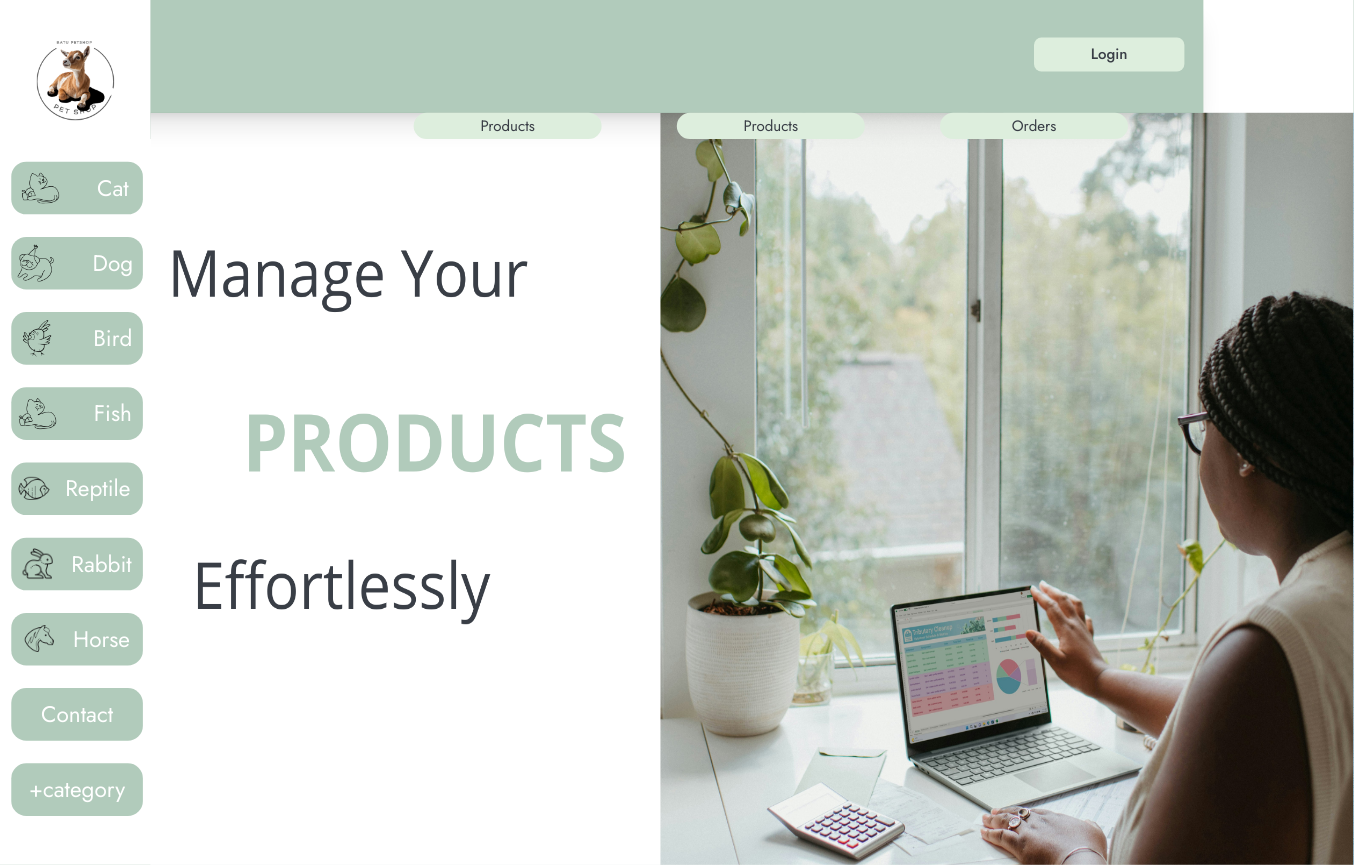
Repository: batu-call/batu-petshop
Page: /main (app in petshopp-appAdmin/admin/)
These files come from the project's save history. The page is drawn as it stood at one moment and after the next save; the edit follows.
The browser window is 1280 px wide. The page is 1440 px wide, so the pictures cover 1440 px, including what lies to the right of the window. The pictures show the whole page, at 94% of full size.
The project was rebuilt for these pictures with package versions that can differ from the ones it lists, and the page was loaded fresh each time. The framework's server and built-in components were replaced by stand-ins that run in the browser. Also part of the build but not shown: petshopp-appAdmin/admin/next.config.ts.

Above is the page before, as saved 2025-09-21 01:47:12.

### petshopp-appAdmin/admin/src/app/layout.tsx
import type { Metadata } from "next";
import { Jost } from 'next/font/google';
import "./globals.css";

const jost = Jost({
  subsets: ['latin'],
  weight: ['400', '500', '700'],
});


export const metadata: Metadata = {
  title: "Batu Petshop AdminPanel",
  description: "Generated by create next app",
   icons: {
    icon: '/favicon.ico',
  },
};

export default function RootLayout({
  children,
}: Readonly<{
  children: React.ReactNode;
}>) {
  return (
    <html lang="en">
      <body
        className={`antialiased ${jost.className}`}
      >
        {children}
      </body>
    </html>
  );
}

### petshopp-appAdmin/admin/src/app/main/layout.tsx
import Main from "./controller/Main"

export default function MainLayout({ children }: { children: React.ReactNode }) {
  return <Main>{children}</Main>
}

### petshopp-appAdmin/admin/src/app/main/page.tsx
import React from 'react'
import Main from './controller/Main'


const page = () => {
  return (
    <div>
        <Main />
    </div>
  )
}

export default page

### petshopp-appAdmin/admin/src/app/globals.css
@import "tailwindcss";
@import "tw-animate-css";

@custom-variant dark (&:is(.dark *));

@layer utilities {
  .bg-primary {
    background-color: #B1CBBB;
  }
  .bg-secondary {
    background-color: #DDEEDD;
  }
  .bg-secondary_20 {
    background-color: rgba(221, 238, 221, 0.2);
  }
  .text-jost {
    font-family: 'Jost',sans-serif;
  }
  .text-color {
    color: #393E46;
  }
  .text-color2 {
    color: #B1CBBB;
  }
}

body {
  font-family: 'Jost', Arial, Helvetica, sans-serif
}

@theme inline {
  --radius-sm: calc(var(--radius) - 4px);
  --radius-md: calc(var(--radius) - 2px);
  --radius-lg: var(--radius);
  --radius-xl: calc(var(--radius) + 4px);
  --color-background: var(--background);
  --color-foreground: var(--foreground);
  --color-card: var(--card);
  --color-card-foreground: var(--card-foreground);
  --color-popover: var(--popover);
  --color-popover-foreground: var(--popover-foreground);
  --color-primary: var(--primary);
  --color-primary-foreground: var(--primary-foreground);
  --color-secondary: var(--secondary);
  --color-secondary-foreground: var(--secondary-foreground);
  --color-muted: var(--muted);
  --color-muted-foreground: var(--muted-foreground);
  --color-accent: var(--accent);
  --color-accent-foreground: var(--accent-foreground);
  --color-destructive: var(--destructive);
  --color-border: var(--border);
  --color-input: var(--input);
  --color-ring: var(--ring);
  --color-chart-1: var(--chart-1);
  --color-chart-2: var(--chart-2);
  --color-chart-3: var(--chart-3);
  --color-chart-4: var(--chart-4);
  --color-chart-5: var(--chart-5);
  --color-sidebar: var(--sidebar);
  --color-sidebar-foreground: var(--sidebar-foreground);
  --color-sidebar-primary: var(--sidebar-primary);
  --color-sidebar-primary-foreground: var(--sidebar-primary-foreground);
  --color-sidebar-accent: var(--sidebar-accent);
  --color-sidebar-accent-foreground: var(--sidebar-accent-foreground);
  --color-sidebar-border: var(--sidebar-border);
  --color-sidebar-ring: var(--sidebar-ring);
}

:root {
  --radius: 0.625rem;
  --background: oklch(1 0 0);
  --foreground: oklch(0.145 0 0);
  --card: oklch(1 0 0);
  --card-foreground: oklch(0.145 0 0);
  --popover: oklch(1 0 0);
  --popover-foreground: oklch(0.145 0 0);
  --primary: oklch(0.205 0 0);
  --primary-foreground: oklch(0.985 0 0);
  --secondary: oklch(0.97 0 0);
  --secondary-foreground: oklch(0.205 0 0);
  --muted: oklch(0.97 0 0);
  --muted-foreground: oklch(0.556 0 0);
  --accent: oklch(0.97 0 0);
  --accent-foreground: oklch(0.205 0 0);
  --destructive: oklch(0.577 0.245 27.325);
  --border: oklch(0.922 0 0);
  --input: oklch(0.922 0 0);
  --ring: oklch(0.708 0 0);
  --chart-1: oklch(0.646 0.222 41.116);
  --chart-2: oklch(0.6 0.118 184.704);
  --chart-3: oklch(0.398 0.07 227.392);
  --chart-4: oklch(0.828 0.189 84.429);
  --chart-5: oklch(0.769 0.188 70.08);
  --sidebar: oklch(0.985 0 0);
  --sidebar-foreground: oklch(0.145 0 0);
  --sidebar-primary: oklch(0.205 0 0);
  --sidebar-primary-foreground: oklch(0.985 0 0);
  --sidebar-accent: oklch(0.97 0 0);
  --sidebar-accent-foreground: oklch(0.205 0 0);
  --sidebar-border: oklch(0.922 0 0);
  --sidebar-ring: oklch(0.708 0 0);
}

.dark {
  --background: oklch(0.145 0 0);
  --foreground: oklch(0.985 0 0);
  --card: oklch(0.205 0 0);
  --card-foreground: oklch(0.985 0 0);
  --popover: oklch(0.205 0 0);
  --popover-foreground: oklch(0.985 0 0);
  --primary: oklch(0.922 0 0);
  --primary-foreground: oklch(0.205 0 0);
  --secondary: oklch(0.269 0 0);
  --secondary-foreground: oklch(0.985 0 0);
  --muted: oklch(0.269 0 0);
  --muted-foreground: oklch(0.708 0 0);
  --accent: oklch(0.269 0 0);
  --accent-foreground: oklch(0.985 0 0);
  --destructive: oklch(0.704 0.191 22.216);
  --border: oklch(1 0 0 / 10%);
  --input: oklch(1 0 0 / 15%);
  --ring: oklch(0.556 0 0);
  --chart-1: oklch(0.488 0.243 264.376);
  --chart-2: oklch(0.696 0.17 162.48);
  --chart-3: oklch(0.769 0.188 70.08);
  --chart-4: oklch(0.627 0.265 303.9);
  --chart-5: oklch(0.645 0.246 16.439);
  --sidebar: oklch(0.205 0 0);
  --sidebar-foreground: oklch(0.985 0 0);
  --sidebar-primary: oklch(0.488 0.243 264.376);
  --sidebar-primary-foreground: oklch(0.985 0 0);
  --sidebar-accent: oklch(0.269 0 0);
  --sidebar-accent-foreground: oklch(0.985 0 0);
  --sidebar-border: oklch(1 0 0 / 10%);
  --sidebar-ring: oklch(0.556 0 0);
}

@layer base {
  * {
    @apply border-border outline-ring/50;
  }
  body {
    @apply bg-background text-foreground;
  }
}

### petshopp-appAdmin/admin/src/app/main/controller/Main.tsx
import React from 'react'
import Navbar from '../../Navbar/page'
import Sidebar from '../../Sidebar/page'
import Image from 'next/image'

//1743
const Main = () => {
  return (
    <div className='w-full h-screen bg-primary'>
      {/* Navbar */}
      <Navbar />
      {/* Catgeory */}
      <Sidebar />
      <Image src={"/admin-banner3.png"} alt='admin-banner' width={1743} height={700} className='ml-40 h-200'/>
    </div>
  )
}

export default Main

### petshopp-appAdmin/admin/src/app/Navbar/page.tsx
"use client"
import React, { useState } from 'react'
import Link from 'next/link'
import Image from 'next/image'
import { Button } from "@/components/ui/button"





const Page = () => {

  const [open, setOpen] = useState(false)

  return (
    <div>
      <div className='w-full h-30 bg-primary shadow-xl relative'>
        {/* Image */}
        <Link href={"/main"}>
      <div className='fixed'>
        <Image  src={"/logo.png"} alt='main-icon' width={500} height={500} className='flex justify-center items-center w-40 h-40'/>
      </div>
      </Link>
      {/* Image */}

      {/* Button */}
      <div className='absolute top-10 right-45'>
        <Button className='absolute cursor-pointer bg-secondary text-color w-40 text-base hover:bg-secondary'>Login</Button>
      </div>

      </div>
      <div className='flex gap-20 items-center justify-center absolute right-20'>
      {/* Buton + dropdown*/}
     <div
      className="relative inline-block"
      onMouseEnter={() => setOpen(true)}
      onMouseLeave={() => setOpen(false)}
    >
      {/* Buton */}
      <div className="w-50 h-7 rounded-xl bg-secondary flex items-center justify-center cursor-pointer">
        <h3 className="text-color text-jost">Products</h3>
      </div>

      {/* Dropdown */}
      {open && (
        <div className="absolute left-0 mt-1 w-50 bg-white shadow-lg rounded-xl z-10">
          <ul className="flex flex-col">
            <Link href="/AddProduct">
              <li>
                <a className="block px-4 py-2 hover:bg-gray-200 border-b-2 border-secondary">
                  Add Product
                </a>
              </li>
            </Link>
              <li>
                <a className="block px-4 py-2 hover:bg-gray-200 border-b-2 border-secondary">
                  All Products
                </a>
              </li>
              <li>
                <a className="block px-4 py-2 hover:bg-gray-200">Product Stats</a>
              </li>
          </ul>
        </div>
      )}
    </div>

           <div className="relative inline-block">
      {/* Buton + dropdown*/}
      <div className="group relative">
        <div className="w-50 h-7 rounded-xl bg-secondary flex items-center justify-center cursor-pointer">
          <h3 className="text-color text-jost">Products</h3>
        </div>

        {/* Dropdown */}
        <div className="absolute left-0 hidden group-hover:block mt-1 w-50 bg-white shadow-lg rounded-xl z-10">
          <ul className="flex flex-col">
            <Link href={"/AddProduct"}>
            <li>
                <a className="block px-4 py-2 hover:bg-gray-200 border-secondary border-b-2">Add Product</a>
            </li>
            </Link>
            <li>

                <a className="block px-4 py-2 hover:bg-gray-200 border-secondary border-b-2">All Products</a>

            </li>
            <li>

                <a className="block px-4 py-2 hover:bg-gray-200">Product Stats</a>

            </li>
          </ul>
        </div>
      </div>
    </div>

           <div className="relative inline-block">
      {/* Buton + dropdown*/}
      <div className="group relative">
        <div className="w-50 h-7 rounded-xl bg-secondary flex items-center justify-center cursor-pointer">
          <h3 className="text-color text-jost">Orders</h3>
        </div>

        {/* Dropdown */}
        <div className="absolute left-0 hidden group-hover:block mt-1 w-50 bg-white shadow-lg rounded-xl z-10">
          <ul className="flex flex-col">
            <li>
                <a className="block px-4 py-2 hover:bg-gray-200 border-secondary border-b-2">All Orders</a>

            </li>
            <li>

                <a className="block px-4 py-2 hover:bg-gray-200 border-secondary border-b-2">Processing Orders</a>

            </li>
            <li>

                <a className="block px-4 py-2 hover:bg-gray-200">Completed Orders</a>

            </li>
             <li>

                <a className="block px-4 py-2 hover:bg-gray-200">Order Stats</a>

            </li>
          </ul>
        </div>
      </div>
    </div>
      </div>
    </div>
  )
}

export default Page

### petshopp-appAdmin/admin/src/app/Sidebar/page.tsx
import React from 'react'
import Link from 'next/link'
import Image from 'next/image'

const page = () => {
  return (
    <div>
        <div className='w-40 h-screen bg-white fixed mt-7'>
        {/* Cat */}
        <Link href={"/Cat"}>
      <div className='bg-primary inline-block p-2 items-center mt-6 ml-3 rounded-2xl w-35'>
        <div className='flex gap-9 items-center justify-center'>
       <Image src="/cat_7721779.png" alt='cat-image'
       height={40}
       width={40}
       />
       <h2 className='text-2xl text-jost text-white p-1'>Cat</h2>
      </div>
      </div>
      </Link>
      {/* Dog */}
         <Link href={"/Dog"}>
       <div className='bg-primary inline-block p-2 items-center mt-6 ml-3 rounded-2xl w-35'>
        <div className='flex gap-9 items-center justify-center'>
       <Image src="/dog.png" alt='cat-image'
       height={40}
       width={40}
       />
       <h2 className='text-2xl text-jost text-white p-1'>Dog</h2>
      </div>
      </div>
      </Link>
      {/* BİRD */}
         <Link href={"/Bird"}>
       <div className='bg-primary inline-block p-2 items-center mt-6 ml-3 rounded-2xl w-35'>
        <div className='flex gap-9 items-center justify-center'>
       <Image src="/bird.png" alt='cat-image'
       height={40}
       width={40}
       />
       <h2 className='text-2xl text-jost text-white p-1'>Bird</h2>
      </div>
      </div>
      </Link>
      {/* FİSH */}
         <Link href={"/Fish"}>
       <div className='bg-primary inline-block p-2 items-center mt-6 ml-3 rounded-2xl w-35'>
        <div className='flex gap-9 items-center justify-center'>
       <Image src="/cat_7721779.png" alt='cat-image'
       height={40}
       width={40}
       />
       <h2 className='text-2xl text-jost text-white p-1'>Fish</h2>
      </div>
      </div>
      </Link>
      {/* Reptile */}
         <Link href={"/Reptile"}>
       <div className='bg-primary inline-block p-2 items-center mt-6 ml-3 rounded-2xl w-35'>
        <div className='flex gap-3 items-center justify-center'>
       <Image src="/fish.png" alt='cat-image'
       height={40}
       width={40}
       />
       <h2 className='text-2xl text-jost text-white mr-2'>Reptile</h2>
      </div>
      </div>
      </Link>
      {/* Rabbit */}
         <Link href={"/Rabbit"}>
       <div className='bg-primary inline-block p-2 items-center mt-6 ml-3 rounded-2xl w-35'>
        <div className='flex gap-3 items-center justify-center'>
       <Image src="/rabbit2.png" alt='cat-image'
       height={40}
       width={40}
       />
       <h2 className='text-2xl text-jost text-white p-1'>Rabbit</h2>
      </div>
      </div>
      </Link>
      {/* Horse */}
         <Link href={"/Horse"}>
       <div className='bg-primary inline-block p-2 items-center mt-6 ml-3 rounded-2xl w-35'>
        <div className='flex gap-3 items-center justify-center'>
       <Image src="/horse.png" alt='cat-image'
       height={40}
       width={40}
       />
       <h2 className='text-2xl text-jost text-white p-1'>Horse</h2>
      </div>
      </div>
      </Link>
      {/* Contact */}
         <Link href={"/Contact"}>
       <div className='bg-primary inline-block p-2 items-center mt-6 ml-3 rounded-2xl w-35'>
        <div className='flex gap-3 items-center justify-center'>
       <h2 className='text-2xl text-jost text-white p-1'>Contact</h2>
      </div>
      </div>
      </Link>
      {/* +category */}
       <div className='bg-primary inline-block p-2 items-center mt-6 ml-3 rounded-2xl w-35'>
        <div className='flex gap-3 items-center justify-center'>
       <h2 className='text-2xl text-jost text-white p-1'>+category</h2>
      </div>
      </div>
    </div>
    </div>
  )
}

export default page

### petshopp-appAdmin/admin/src/components/ui/button.tsx
import * as React from "react"
import { Slot } from "@radix-ui/react-slot"
import { cva, type VariantProps } from "class-variance-authority"

import { cn } from "@/lib/utils"

const buttonVariants = cva(
  "inline-flex items-center justify-center gap-2 whitespace-nowrap rounded-md text-sm font-medium transition-all disabled:pointer-events-none disabled:opacity-50 [&_svg]:pointer-events-none [&_svg:not([class*='size-'])]:size-4 shrink-0 [&_svg]:shrink-0 outline-none focus-visible:border-ring focus-visible:ring-ring/50 focus-visible:ring-[3px] aria-invalid:ring-destructive/20 dark:aria-invalid:ring-destructive/40 aria-invalid:border-destructive",
  {
    variants: {
      variant: {
        default: "bg-primary text-primary-foreground hover:bg-primary/90",
        destructive:
          "bg-destructive text-white hover:bg-destructive/90 focus-visible:ring-destructive/20 dark:focus-visible:ring-destructive/40 dark:bg-destructive/60",
        outline:
          "border bg-background shadow-xs hover:bg-accent hover:text-accent-foreground dark:bg-input/30 dark:border-input dark:hover:bg-input/50",
        secondary:
          "bg-secondary text-secondary-foreground hover:bg-secondary/80",
        ghost:
          "hover:bg-accent hover:text-accent-foreground dark:hover:bg-accent/50",
        link: "text-primary underline-offset-4 hover:underline",
      },
      size: {
        default: "h-9 px-4 py-2 has-[>svg]:px-3",
        sm: "h-8 rounded-md gap-1.5 px-3 has-[>svg]:px-2.5",
        lg: "h-10 rounded-md px-6 has-[>svg]:px-4",
        icon: "size-9",
      },
    },
    defaultVariants: {
      variant: "default",
      size: "default",
    },
  }
)

function Button({
  className,
  variant,
  size,
  asChild = false,
  ...props
}: React.ComponentProps<"button"> &
  VariantProps<typeof buttonVariants> & {
    asChild?: boolean
  }) {
  const Comp = asChild ? Slot : "button"

  return (
    <Comp
      data-slot="button"
      className={cn(buttonVariants({ variant, size, className }))}
      {...props}
    />
  )
}

export { Button, buttonVariants }

Loaded but not shown: petshopp-appAdmin/admin/src/lib/utils.ts (common file)

After the next save:
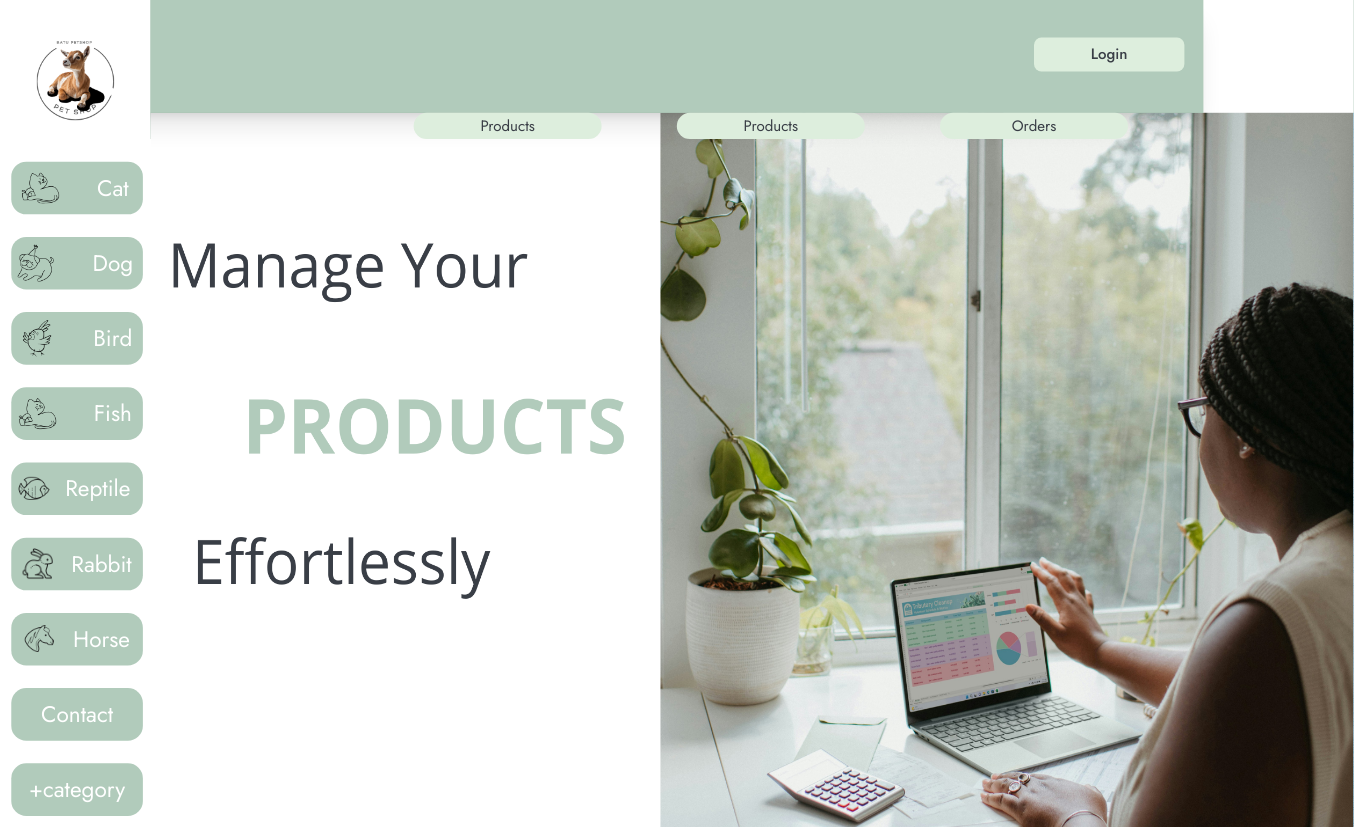
Saved 22 s later.
--- a/petshopp-appAdmin/admin/src/app/main/controller/Main.tsx
+++ b/petshopp-appAdmin/admin/src/app/main/controller/Main.tsx
@@ -11,7 +11,7 @@ const Main = () => {
       <Navbar />
       {/* Catgeory */}
       <Sidebar />
-      <Image src={"/admin-banner3.png"} alt='admin-banner' width={1743} height={700} className='ml-40 h-200'/>
+      <Image src={"/admin-banner3.png"} alt='admin-banner' width={1743} height={700} className='ml-40 h-190'/>
     </div>
   )
 }
